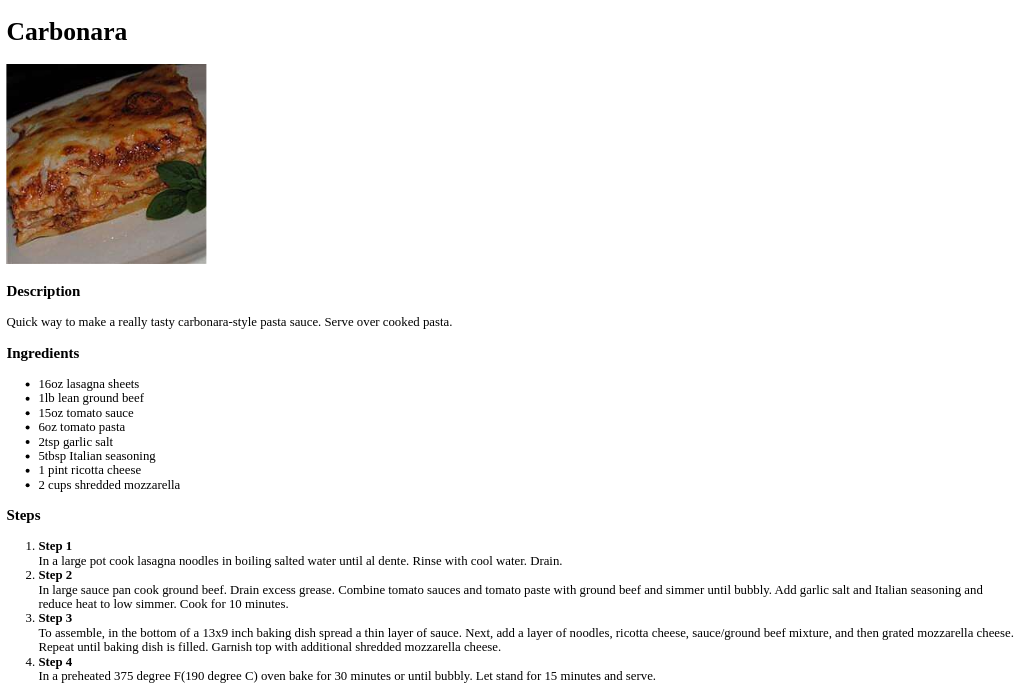
Repository: evemcd/odin_project
Page: odin-project1-recipes/recipes/carbonara.html
An editor plug-in stored every save of this project. The page is shown before and after the next save, followed by the edit.
The browser window is 1280 px wide. The pictures show the whole page, at 80% of full size.

Above is the page before, as saved 2022-01-30 12:04:24.

### odin-project1-recipes/recipes/carbonara.html
<!DOCTYPE html>
<html lang="en">
<head>
    <meta charset="UTF-8">
    <title>Carbonara</title>
</head>
<body>
    <h1>Carbonara</h1>
    <img src="../images/lasagna.jfif" alt="Carbonara">
    <h3>Description</h3>
    <p>Quick way to make a really tasty carbonara-style pasta sauce. Serve over cooked pasta.</p>
    <h3>Ingredients</h3>
    <ul>
        <li>16oz lasagna sheets</li>
        <li>1lb lean ground beef</li>
        <li>15oz tomato sauce</li>
        <li>6oz tomato pasta</li>
        <li>2tsp garlic salt</li>
        <li>5tbsp Italian seasoning</li>
        <li>1 pint ricotta cheese</li>
        <li>2 cups shredded mozzarella</li>
    </ul>
    <h3>Steps</h3>
    <ol>
        <li><strong>Step 1</strong><br>In a large pot cook lasagna noodles in boiling salted water until al dente. Rinse with cool water. Drain.</li>
        <li><strong>Step 2</strong><br>In large sauce pan cook ground beef. Drain excess grease. Combine tomato sauces and tomato paste with ground beef and simmer until bubbly. Add garlic salt and Italian seasoning and reduce heat to low simmer. Cook for 10 minutes.</li>
        <li><strong>Step 3</strong><br>To assemble, in the bottom of a 13x9 inch baking dish spread a thin layer of sauce. Next, add a layer of noodles, ricotta cheese, sauce/ground beef mixture, and then grated mozzarella cheese. Repeat until baking dish is filled. Garnish top with additional shredded mozzarella cheese.</li>
        <li><strong>Step 4</strong><br>In a preheated 375 degree F(190 degree C) oven bake for 30 minutes or until bubbly. Let stand for 15 minutes and serve.</li>
    </ol>
</body>
</html>

After the next save:
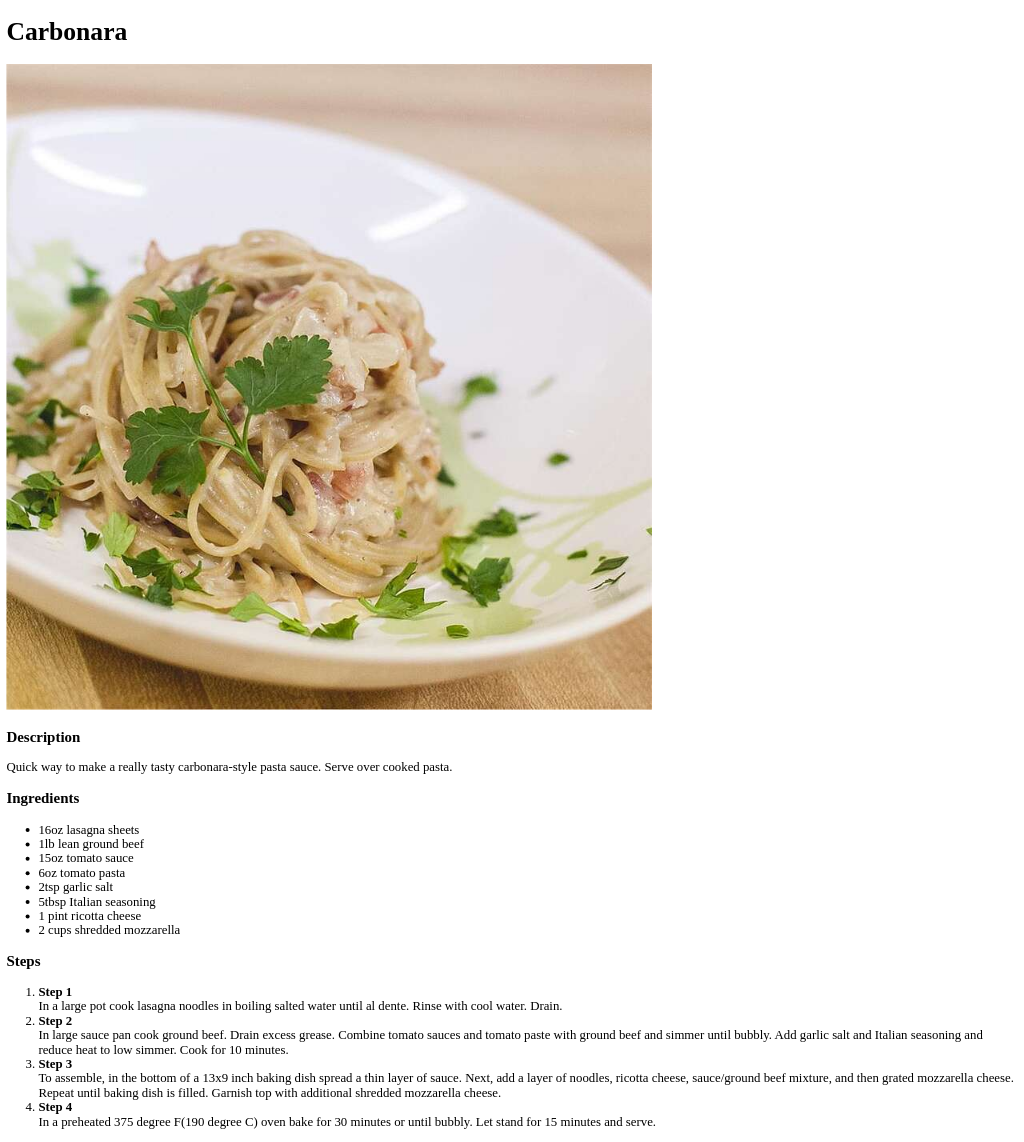
Saved 69 s later.
--- a/odin-project1-recipes/recipes/carbonara.html
+++ b/odin-project1-recipes/recipes/carbonara.html
@@ -6,7 +6,7 @@
 </head>
 <body>
     <h1>Carbonara</h1>
-    <img src="../images/lasagna.jfif" alt="Carbonara">
+    <img src="../images/carbonara.jfif" alt="Carbonara">
     <h3>Description</h3>
     <p>Quick way to make a really tasty carbonara-style pasta sauce. Serve over cooked pasta.</p>
     <h3>Ingredients</h3>
